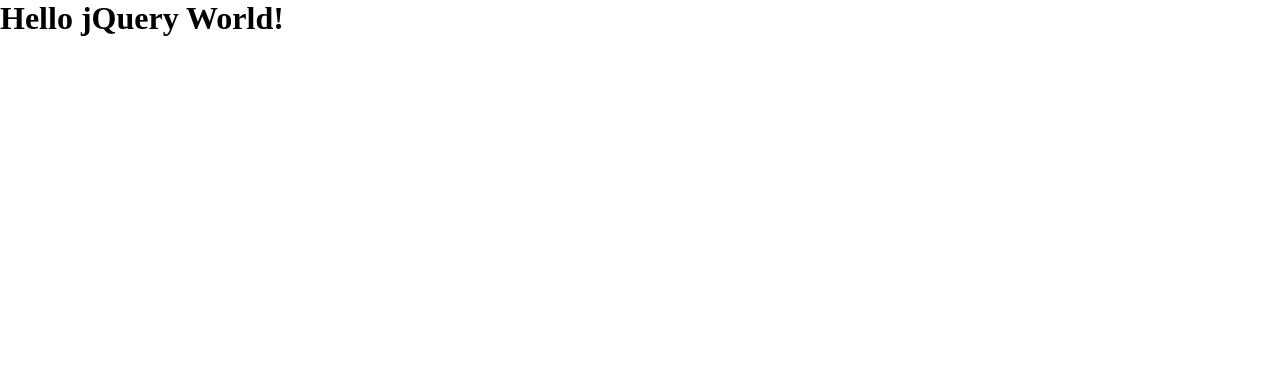
Repository: doncsar/yu-frontend-bootcamp
Page: 18-jQuery/index.html
An editor plug-in stored every save of this project. The page is shown before and after the next save, followed by the edit.
The browser window is 1280 px wide. The pictures show the whole page.

Above is the page before, as saved 2024-01-28 14:48:04.

### 18-jQuery/index.html
<!DOCTYPE html>
<html lang="en">
   <head>
      <meta charset="UTF-8" />
      <meta name="viewport" content="width=device-width, initial-scale=1.0" />
      <link rel="stylesheet" href="style.css" />
      <script src="script.js" defer></script>
      <link
      rel="apple-touch-icon"
      sizes="180x180"
      href="apple-touch-icon.png"
      />
      <link
      rel="icon"
      type="image/png"
      sizes="32x32"
      href="favicon-32x32.png"
      />
      <link
      rel="icon"
      type="image/png"
      sizes="16x16"
      href="favicon-16x16.png"
      />
      <title>jQuery</title>
   </head>
   <body>
      <h1>Hello jQuery World!</h1>
      <script
         src="https://ajax.googleapis.com/ajax/libs/jquery/3.7.1/jquery.min.js"
      ></script>
   </body>
   </html>

### 18-jQuery/style.css
*{
   box-sizing: border-box;
   margin: 0;
   padding: 0;
}

.big-title {
   font-size: 10rem;
   color: #f5e8a9;
   font-family: sans-serif;
}

### 18-jQuery/script.js
$('h1').addClass

After the next save:
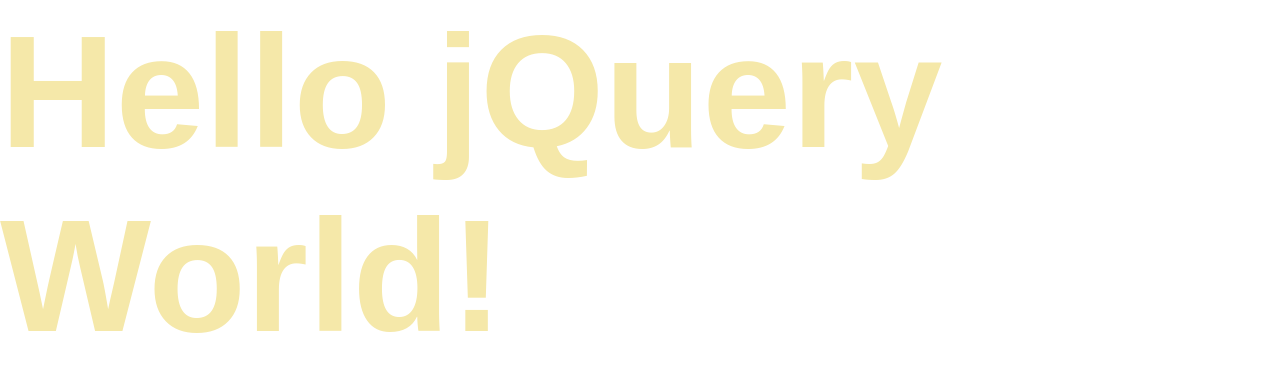
Saved 7 s later.
--- a/18-jQuery/script.js
+++ b/18-jQuery/script.js
@@ -1 +1 @@
-$('h1').addClass
+$('h1').addClass('big-title')
